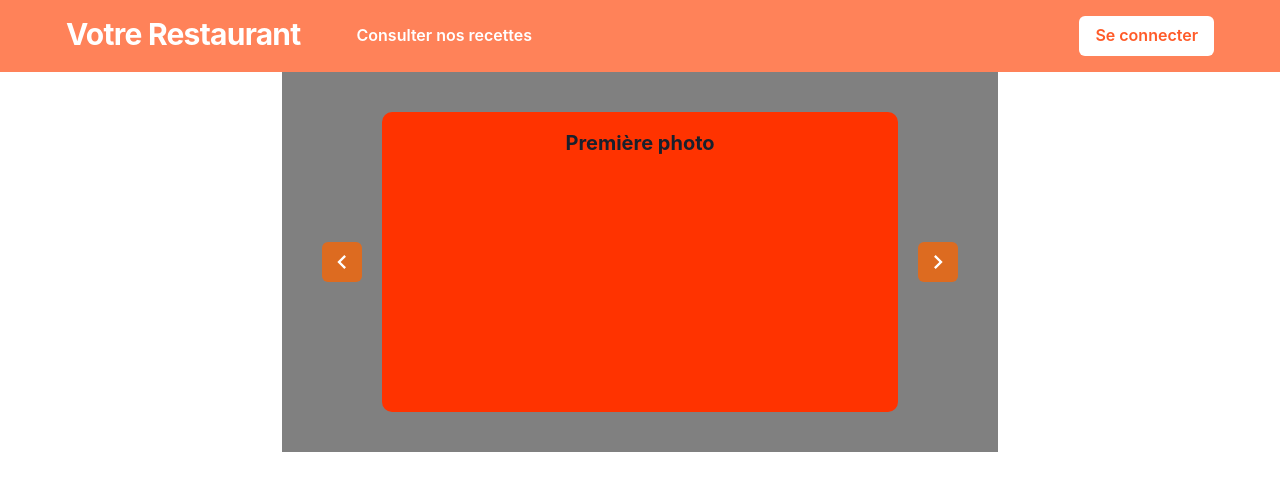
Repository: Ecaron76/tp-restau-next
Page: /
These files come from the project's save history. The page is drawn as it stood at one moment and after the next save; the edit follows.
The browser window is 1280 px wide. The pictures show the whole page.
The project was rebuilt for these pictures with package versions that can differ from the ones it lists, and the page was loaded fresh each time. The framework's server and built-in components were replaced by stand-ins that run in the browser. Also part of the build but not shown: next.config.mjs.

Above is the page before, as saved 2024-02-25 19:14:33.

After the next save:
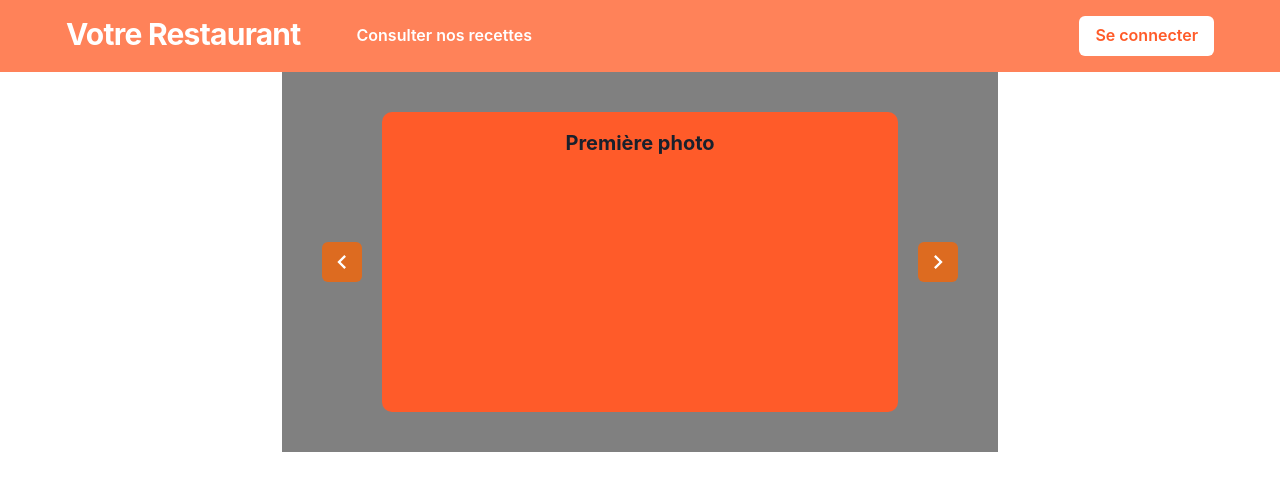
Saved 4 s later.
--- a/src/components/SliderResto/SliderResto.tsx
+++ b/src/components/SliderResto/SliderResto.tsx
@@ -27,7 +27,7 @@ export default function SliderResto() {
           size="md"
           aria-label="Précédent"
         />
-        <Box position="relative" textAlign="center" p={4} bg={'brand.500'} width={600} height={300} borderRadius={10}>
+        <Box position="relative" textAlign="center" p={4} bg={'brand.400'} width={600} height={300} borderRadius={10}>
           <Text fontSize="xl" fontWeight="bold" mb={2}>
             {slides[currentSlide].title}
           </Text>
